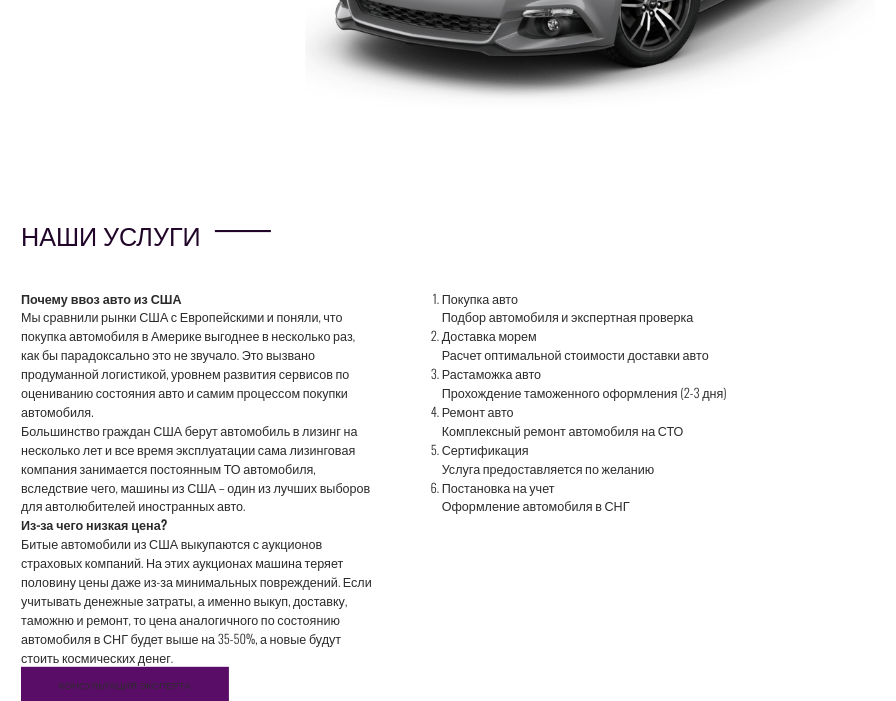
Repository: AlexandrLewandowski/site-1
Page: start/index.html
These files come from the project's save history. The page is drawn as it stood at one moment and after the next save; the edit follows.
The browser window is 1280 px wide. The pictures show the part of the page from y = 742 to 2662 px (the page is 1744 px tall before and 2662 px after), at 70% of full size.

Above is the page before, as saved 2024-04-28 21:24:13.

### start/index.html
<!DOCTYPE html>
<html lang="en">

<head>
    <meta charset="UTF-8">
    <meta name="viewport" content="width=device-width, initial-scale=1.0">
    <meta http-equiv="X-UA-Compatible" content="ie=edge">
    <title>Mustang</title>
    <link rel="preconnect" href="https://fonts.googleapis.com">
    <link rel="preconnect" href="https://fonts.gstatic.com" crossorigin>
    <link href="https://fonts.googleapis.com/css2?family=Oswald:wght@300;400&display=swap" rel="stylesheet">
    <link rel="stylesheet" href="css/reset.css">
    <link rel="stylesheet" href="css/slick.css">
    <link rel="stylesheet" href="css/jquery.fancybox.css">
    <link rel="stylesheet" href="css/style.css">
</head>

<body>

    <header class="header">
        <div class="container">
            <div class="header__top">
                <a class="logo" href="#">
                    <img class="logo__img" src="images/logo.svg" alt="logo">
                </a>
                <a class="phone" href="tel:88005553535">8-800-555-35-35</a>
            </div>
            <div class="header__content">
                <h1 class="header__title">
                    Авто из США "под ключ"
                </h1>
                <h2 class="header__subtitle">
                    Закажи себе авто из США с выгодой до 40%
                </h2>
                <p class="header__text">
                    Покупка, доставка, растаможка, ремонт и оформление по договору
                </p>
                <a class="button" href="#">консультация эксперта</a>
                <div class="header__social">
                    <a class="header__social-link" href="#">
                        <img class="header__social-img" src="images/icon/instagram.svg" alt="">
                    </a>
                    <a class="header__social-link" href="#">
                        <img class="header__social-img" src="images/icon/telegram.svg" alt="">
                    </a>
                    <a class="header__social-link" href="#">
                        <img class="header__social-img" src="images/icon/whatsapp.svg" alt="">
                    </a>
                    <a class="header__social-link" href="#">
                        <img class="header__social-img" src="images/icon/facebook.svg" alt="">
                    </a>
                </div>
                <img class="header__images" src="images/ford-mustang.png" alt="ford mustang">
            </div>
        </div>
    </header>

    <section class="services">
        <div class="container">
            <h2 class="title">Наши услуги</h2>
            <div class="services__inner">
                <div class="services__content">
                    <div class="services__content-box">
                        <h6 class="services__content-title">
                            Почему ввоз авто из США
                        </h6>
                        <div class="services__content-textbox">
                            <p class="services__content-text">
                                Мы сравнили рынки США с Европейскими и поняли, что покупка автомобиля в Америке выгоднее
                                в несколько раз, как бы парадоксально это не звучало. Это вызвано продуманной
                                логистикой, уровнем развития сервисов по оцениванию состояния авто и самим процессом
                                покупки автомобиля.
                            </p>
                            <p class="services__content-text">
                                Большинство граждан США берут автомобиль в лизинг на несколько лет и все время
                                эксплуатации сама лизинговая компания занимается постоянным ТО автомобиля, вследствие
                                чего, машины из США – один из лучших выборов для автолюбителей иностранных авто.
                            </p>
                        </div>
                    </div>
                    <div class="services__content-box">
                        <h6 class="services__content-title">
                            Из-за чего низкая цена?
                        </h6>
                        <div class="services__content-textbox">
                            <p class="services__content-text">
                                Битые автомобили из США выкупаются с аукционов страховых компаний. На этих аукционах
                                машина теряет половину цены даже из-за минимальных повреждений. Если учитывать денежные
                                затраты, а именно выкуп, доставку, таможню и ремонт, то цена аналогичного по состоянию
                                автомобиля в СНГ будет выше на 35-50%, а новые будут стоить космических денег.
                            </p>
                        </div>
                    </div>
                    <a class="button button--decor" href="#">консультация эксперта</a>
                </div>
                <ol class="services__list">
                    <li class="services__item">
                        <p class="services__item-title">Покупка авто</p>
                        <p class="services__item-text">Подбор автомобиля и экспертная проверка</p>
                    </li>
                    <li class="services__item">
                        <p class="services__item-title">Доставка морем</p>
                        <p class="services__item-text">Расчет оптимальной стоимости доставки авто</p>
                    </li>
                    <li class="services__item">
                        <p class="services__item-title">Растаможка авто</p>
                        <p class="services__item-text">Прохождение таможенного оформления (2-3 дня)</p>
                    </li>
                    <li class="services__item">
                        <p class="services__item-title">Ремонт авто</p>
                        <p class="services__item-text">Комплексный ремонт автомобиля на СТО</p>
                    </li>
                    <li class="services__item">
                        <p class="services__item-title">Сертификация</p>
                        <p class="services__item-text">Услуга предоставляется по желанию</p>
                    </li>
                    <li class="services__item">
                        <p class="services__item-title">Постановка на учет</p>
                        <p class="services__item-text">Оформление автомобиля в СНГ</p>
                    </li>
                </ol>
            </div>
        </div>
    </section>

    <script src="https://ajax.googleapis.com/ajax/libs/jquery/3.4.1/jquery.min.js"></script>
    <script src="js/slick.min.js"></script>
    <script src="js/jquery.fancybox.min.js"></script>
    <script src="js/main.js"></script>
</body>

</html>

### start/css/style.css
*,
*::after *::before {
    box-sizing: border-box;
}

body {
    font-family: "Oswald", sans-serif;
    font-size: 18px;
    line-height: 27px;
    font-weight: 300;
    color: #2C2B2B;
}

a {
    text-decoration: none;
    color: inherit;
    display: inline-block;
}

.container {
    max-width: 1220px;
    margin: 0 auto;
    padding: 0 10px;
}

.header {
    background-image: url(../images/header-bg.jpg);
    background-repeat: no-repeat;
    background-size: cover;
    background-position: top center;
    min-height: 700px;
    color: #fff;
}

.header__top {
    padding: 47px 0 46px;
    display: flex;
    justify-content: space-between;
    align-items: center;
}

.phone {
    font-weight: 400;
    font-size: 36px;
    line-height: 54px;
}

.header__content {
    padding-top: 60px;
    position: relative;
}

.header__title {
    font-size: 72px;
    font-weight: 400;
    line-height: 107px;
    text-transform: uppercase;
}

.header__subtitle {
    font-size: 36px;
    line-height: 54px;
    font-weight: 400;
    text-transform: uppercase;
    margin-bottom: 30px;
}

.header__text {
    margin-bottom: 30px;
    max-width: 800px;
}

.button {
    font-size: 14px;
    line-height: 21px;
    text-transform: uppercase;
    padding: 14px 54px 15px;
    background-color: #5A0D67;
    transition: all .5s;
}

.button:hover {
    color: #5A0D67;
    background-color: #fff;
}

.header__social {
    padding: 70px 0 20px 65px;
    ;
    display: flex;
    align-items: center;
}

.header__social-link {
    margin-right: 10px;
}

.header__images {
    position: absolute;
    right: 0;
    bottom: -265px;
}

.services {
    padding-top: 350px;
}

.title {
    color: #21062A;
    font-size: 36px;
    line-height: 54px;
    font-weight: 400;
    text-transform: uppercase;
    margin-bottom: 50px;
    position: relative;
}

.title::after {
    content: '';
    width: 80px;
    height: 3px;
    background-color: #21062A;
    position: absolute;
    top: 20px;
    margin-left: 20px;
}

.services__inner {
    display: flex;
}

.services__content {
    width: 505px;
    margin-right: 96px;
}

.services__content-box {}

.services__content-title {}

.services__content-textbox {}

.services__content-text {}

Loaded but not shown: start/css/reset.css (common file); start/css/slick.css (common file); start/css/jquery.fancybox.css (library); start/js/slick.min.js (library); start/js/jquery.fancybox.min.js (library); start/js/main.js (common file)

After the next save:
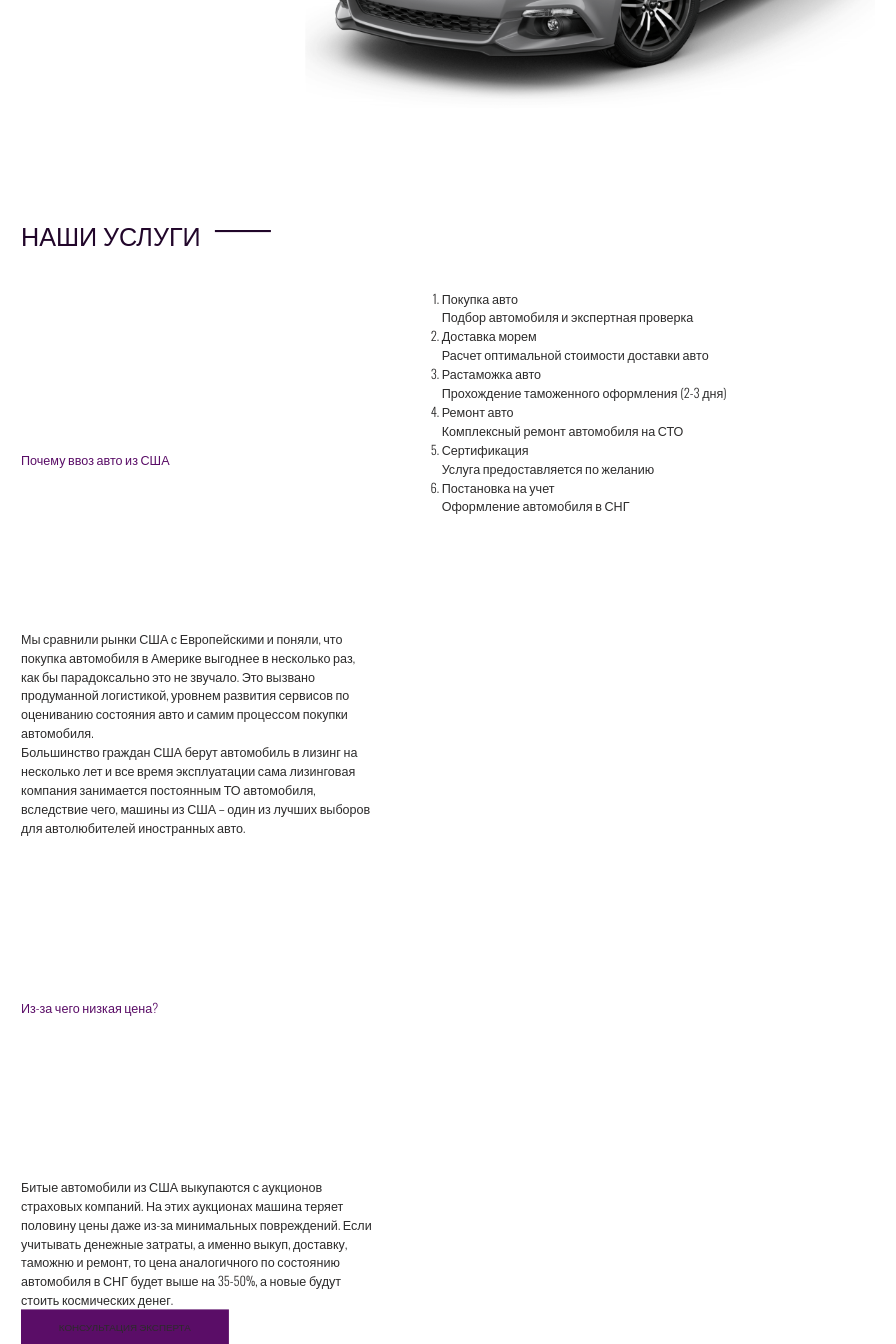
Saved 3 min 10 s later.
--- a/start/css/style.css
+++ b/start/css/style.css
@@ -136,7 +136,12 @@
 
 .services__content-box {}
 
-.services__content-title {}
+.services__content-title {
+    color: #5A0D67;
+    font-size: 18px;
+    line-height: 27;
+    font-weight: 300;
+}
 
 .services__content-textbox {}
 
